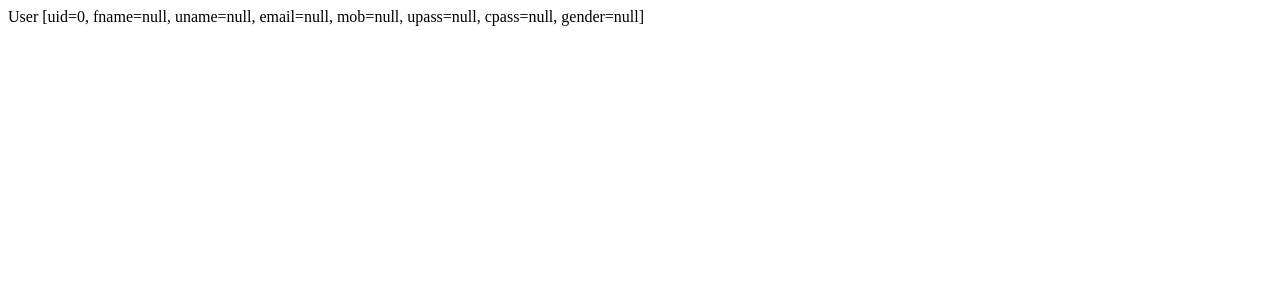
Repository: Asterisc-Institute/Advance-Java-Batch5
Page: http://localhost/Project01/regServ
An editor plug-in stored every save of this project. The page is shown before and after the next save, followed by the edit.
The browser window is 1280 px wide. The pictures show the whole page.
The page is served by Tomcat 9.

Above is the page before, as saved 2023-05-11 12:53:11.

### Project01/src/service/RegiterServ.java
package service;

import java.io.IOException;
import java.io.PrintWriter;
import java.sql.SQLException;

import javax.servlet.ServletException;
import javax.servlet.annotation.WebServlet;
import javax.servlet.http.HttpServlet;
import javax.servlet.http.HttpServletRequest;
import javax.servlet.http.HttpServletResponse;

import model.User;
import model.UserDao;


@WebServlet("/regServ")
public class RegiterServ extends HttpServlet {

	protected void doGet(HttpServletRequest request, HttpServletResponse response) throws ServletException, IOException {
		response.setContentType("text/html");
		PrintWriter out=response.getWriter();

		String fname=request.getParameter("fname");
		String uname=request.getParameter("uname");
		String email=request.getParameter("email");
		String mob=request.getParameter("mob");
		String upass=request.getParameter("upass");
		String cpass=request.getParameter("cpass");
		String gender=request.getParameter("gender");


		User u=new User(fname, uname, email, mob, upass, cpass, gender);

		out.print(u);
		System.out.println("Date :"+u);

		UserDao db=new UserDao();

		try {

			int a=db.save(u);
			if(a>0)
				out.print("<br/><br/>Data Inserted<br/>");

		} catch (ClassNotFoundException | SQLException e) {
			// TODO Auto-generated catch block
			e.printStackTrace();
		}

	}

	protected void doPost(HttpServletRequest request, HttpServletResponse response) throws ServletException, IOException {
		doGet(request, response);
	}

}

### Project01/src/model/User.java
package model;

public class User {

	private int uid;
	private String fname;
	private String uname;
	private String email;
	private String mob;
	private String upass;
	private String cpass;
	private String gender;



	public User() {
		super();
		// TODO Auto-generated constructor stub
	}

	public User(int uid, String fname, String uname, String email, String mob, String upass, String cpass,
			String gender) {
		super();
		this.uid = uid;
		this.fname = fname;
		this.uname = uname;
		this.email = email;
		this.mob = mob;
		this.upass = upass;
		this.cpass = cpass;
		this.gender = gender;
	}


	public User(String fname, String uname, String email, String mob, String upass, String cpass,
			String gender) {
		super();
		this.fname = fname;
		this.uname = uname;
		this.email = email;
		this.mob = mob;
		this.upass = upass;
		this.cpass = cpass;
		this.gender = gender;
	}
	public int getUid() {
		return uid;
	}
	public void setUid(int uid) {
		this.uid = uid;
	}
	public String getFname() {
		return fname;
	}
	public void setFname(String fname) {
		this.fname = fname;
	}
	public String getUname() {
		return uname;
	}
	public void setUname(String uname) {
		this.uname = uname;
	}
	public String getEmail() {
		return email;
	}
	public void setEmail(String email) {
		this.email = email;
	}
	public String getMob() {
		return mob;
	}
	public void setMob(String mob) {
		this.mob = mob;
	}
	public String getUpass() {
		return upass;
	}
	public void setUpass(String upass) {
		this.upass = upass;
	}
	public String getCpass() {
		return cpass;
	}
	public void setCpass(String cpass) {
		this.cpass = cpass;
	}
	public String getGender() {
		return gender;
	}
	public void setGender(String gender) {
		this.gender = gender;
	}

	@Override
	public String toString() {
		return "User [uid=" + uid + ", fname=" + fname + ", uname=" + uname + ", email=" + email + ", mob=" + mob
				+ ", upass=" + upass + ", cpass=" + cpass + ", gender=" + gender + "]";
	}



}

### Project01/src/model/UserDao.java
package model;

import java.sql.Connection;
import java.sql.DriverManager;
import java.sql.PreparedStatement;
import java.sql.SQLException;

public class UserDao {

	String driver = "com.mysql.jdbc.Driver";
	String db_name = "batch5";
	String db_url = "jdbc:mysql://localhost:3306/" + db_name;
	String db_uname = "root";
	String db_upass = "abc123";

	Connection getConnect() throws ClassNotFoundException, SQLException
	{
		Class.forName(driver); //s1
		Connection con = DriverManager.getConnection(db_url, db_uname, db_upass);//s2
		return con;
	}

	public int save(User u) throws ClassNotFoundException, SQLException
	{
		String sql="insert into user_tbl (fname, uname, email, mob, upass, gender) values(?,?,?,?,?,?)";
		Connection con=getConnect();
		PreparedStatement ps=con.prepareStatement(sql);//s3
		ps.setString(1, u.getFname());
		ps.setString(2, u.getUname());
		ps.setString(3, u.getEmail());
		ps.setString(4, u.getMob());
		ps.setString(5, u.getUpass());
		ps.setString(6, u.getGender());

		int a =ps.executeUpdate();//s4

		con.close();//s5
		return a;

	}



}

After the next save:
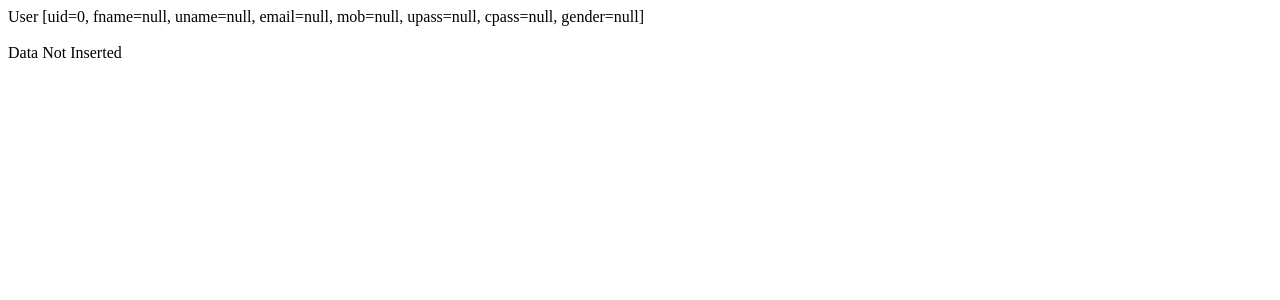
Saved 13 s later.
--- a/Project01/src/service/RegiterServ.java
+++ b/Project01/src/service/RegiterServ.java
@@ -42,7 +42,8 @@ public class RegiterServ extends HttpServlet {
 			int a=db.save(u);
 			if(a>0)
 				out.print("<br/><br/>Data Inserted<br/>");
-
+			else
+				out.print("<br/><br/>Data Not Inserted<br/>");
 		} catch (ClassNotFoundException | SQLException e) {
 			// TODO Auto-generated catch block
 			e.printStackTrace();
